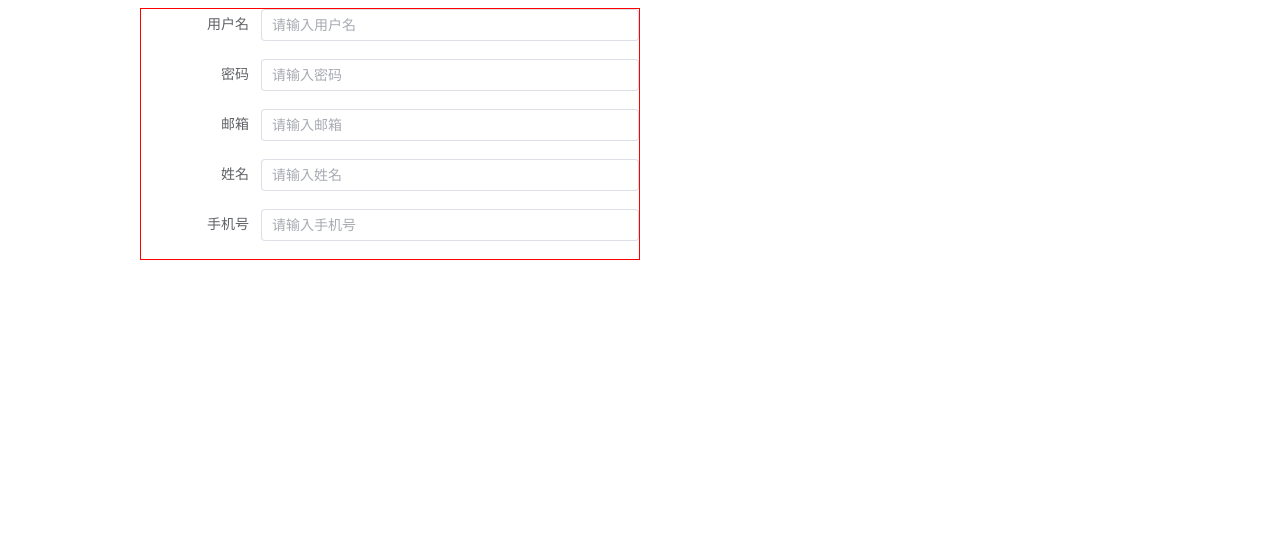
Repository: Mickey1216/yzkj_login_demo
Page: /register
The author's editor kept a copy of each file at every save. The page is drawn from the files as they stood at one save, then again after the next save.
The browser window is 1280 px wide. The pictures show the whole page.
The project was rebuilt for these pictures with package versions that can differ from the ones it lists, and the page was loaded fresh each time. Also part of the build but not shown: vite.config.js, src/views/Login.vue.

Above is the page before, as saved 2023-07-04 14:51:05.

### src/main.js
import './assets/main.css'
import { createApp } from 'vue'
import App from './App.vue'
import router from './router'
import ElementPlus from 'element-plus'
import 'element-plus/dist/index.css'

const app = createApp(App)
app.use(router)
app.use(ElementPlus)
app.mount('#app')

### src/assets/main.css
#app {
  max-width: 1280px;
  margin: 0 auto;
  padding: 2rem;

  font-weight: normal;
}

a,
.green {
  text-decoration: none;
  color: hsla(160, 100%, 37%, 1);
  transition: 0.4s;
}

@media (hover: hover) {
  a:hover {
    background-color: hsla(160, 100%, 37%, 0.2);
  }
}

@media (min-width: 1024px) {
  body {
    display: flex;
    place-items: center;
  }

  #app {
    display: grid;
    grid-template-columns: 1fr 1fr;
    padding: 0 2rem;
  }
}

### src/App.vue
<template>
  <div class="ct">
    <routerView/>
  </div>
</template>

<script setup>

</script>

<style scoped>

</style>

### src/router/index.js
import { createRouter, createWebHistory } from 'vue-router'
import RegisterView from '../views/Register.vue'
import LoginView from '../views/Login.vue'

const router = createRouter({
  history: createWebHistory(import.meta.env.BASE_URL),
  routes: [
    {
      path: '/register',
      name: 'home',
      component: RegisterView
    },
    {
      path: '/login',
      name: 'login',
      component: LoginView
    }
  ]
})

export default router

### src/views/Register.vue
<template>
  <div class="register">
    <el-form :model="form" label-width="120px" style="border:1px solid red;">
    <el-form-item label="用户名">
      <el-input placeholder="请输入用户名" v-model="form.name"/>
    </el-form-item>
    <el-form-item label="密码">
      <el-input placeholder="请输入密码" v-model="form.password"/>
    </el-form-item>
    <el-form-item label="邮箱">
      <el-input placeholder="请输入邮箱" v-model="form.email"/>
    </el-form-item>
    <el-form-item label="姓名">
      <el-input placeholder="请输入姓名" v-model="form.name"/>
    </el-form-item>
    <el-form-item label="手机号">
      <el-input placeholder="请输入手机号" v-model="form.phone"/>
    </el-form-item>
  </el-form>
  </div>
</template>

<script setup>
import { reactive } from 'vue'

const form = reactive({
  name: '',
  password: '',
  email: '',
  name: '',
  phone: '',

})
</script>

<style scoped>
.register{
  width: 500px;
  height: 500px;
  border: ;
}
</style>

Loaded but not shown: index.html (common file)

After the next save:
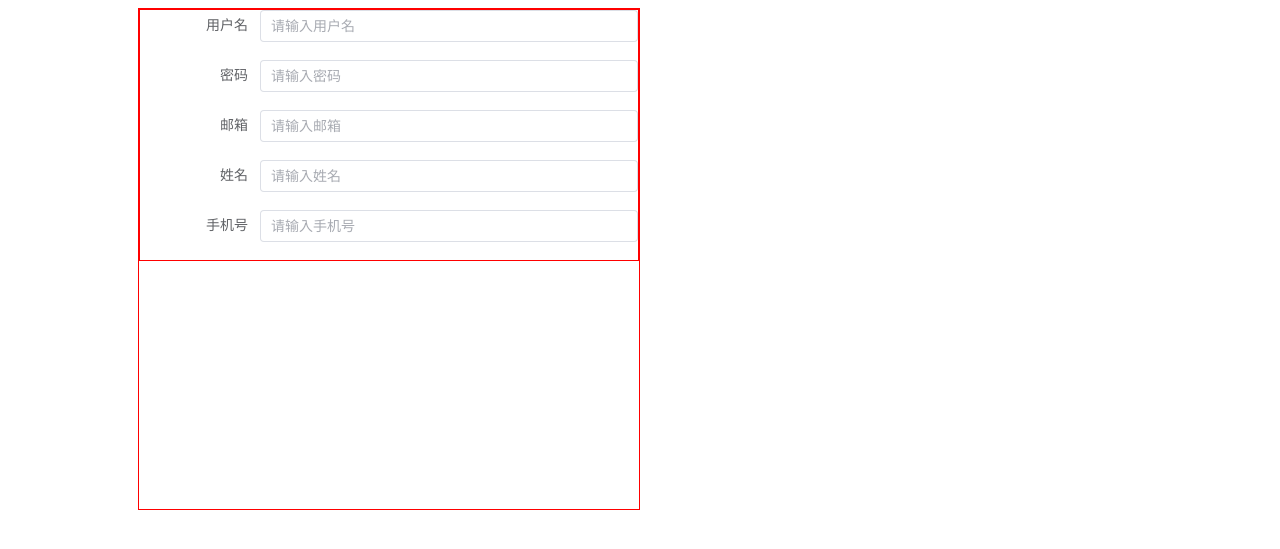
Saved 4 s later.
--- a/src/views/Register.vue
+++ b/src/views/Register.vue
@@ -37,6 +37,6 @@ const form = reactive({
 .register{
   width: 500px;
   height: 500px;
-  border: ;
+  border: 1px solid red;
 }
 </style>
